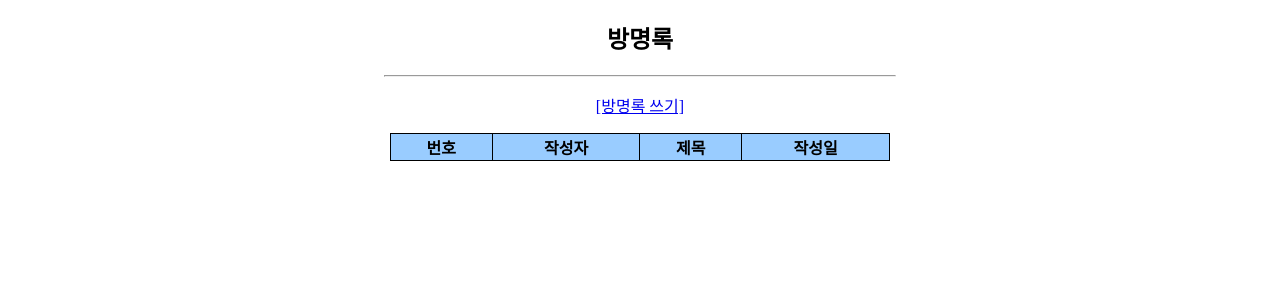
Repository: devnewbie-gt/60_web
Page: http://localhost/08_GuestBook/guestbook/list.jsp
These files come from the project's save history. The page is drawn as it stood at one moment and after the next save; the edit follows.
The browser window is 1280 px wide. The pictures show the whole page.
The page is served by Tomcat 9. Queries for data that is not in the repository find no rows.

Above is the page before, as saved 2021-01-31 14:38:56.

After the next save:
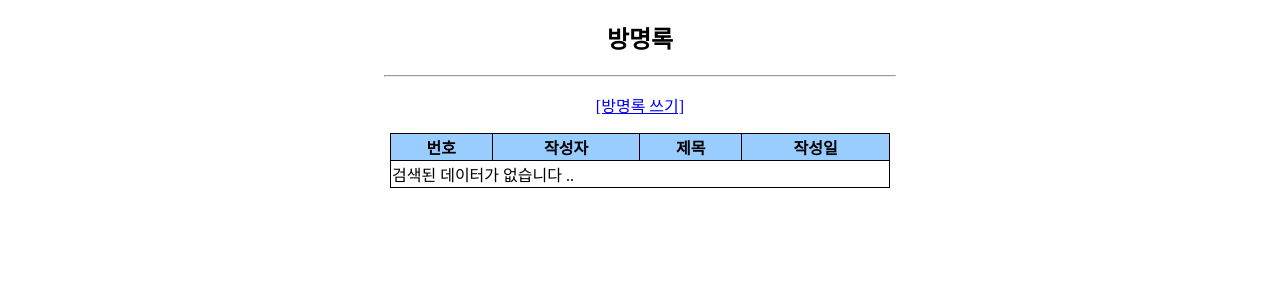
Saved 48 s later.
--- a/08_GuestBook/WebContent/guestbook/list.jsp
+++ b/08_GuestBook/WebContent/guestbook/list.jsp
@@ -44,6 +44,8 @@
 		</tr>
 <%
 		}
+	} else {
+		out.print("<tr><td colspan='4'>검색된 데이터가 없습니다 ..</td></tr>");
 	}
 
 
